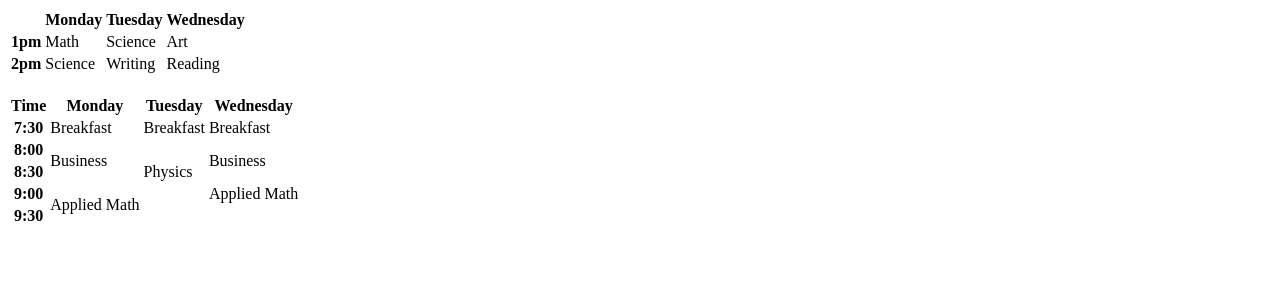
Repository: jefflai0412/website_design
Page: task1.html
These files come from the project's save history. The page is drawn as it stood at one moment and after the next save; the edit follows.
The browser window is 1280 px wide. The pictures show the whole page.

Above is the page before, as saved 2024-10-18 13:42:16.

### task1.html
<!DOCTYPE html>
<html lang="en">
<head>
    <meta charset="UTF-8">
    <meta name="viewport" content="width=device-width, initial-scale=1.0">
    <title>Document</title>
</head>
<body>
    <table>
        <tr>
            <th></th>
            <th>Monday</th>
            <th>Tuesday</th>
            <th>Wednesday</th>
        </tr>

        <tr>
            <th scope="row">1pm</th>
            <td>Math</td>
            <td>Science</td>
            <td>Art</td>
        </tr>

        <tr>
            <th scope="row">2pm</th>
            <td>Science</td>
            <td>Writing</td>
            <td>Reading</td>
        </tr>
    </table>

    <br>

    <table>
        <tr>
            <th>Time</th>
            <th>Monday</th>
            <th>Tuesday</th>
            <th>Wednesday</th>
        </tr>
        <tr>
            <th scope="row">7:30</th>
            <td>Breakfast</td>
            <td>Breakfast</td>
            <td>Breakfast</td>
        </tr>
        <tr>
            <th scope="row">8:00</th>
            <td rowspan="2">Business</td>
            <td rowspan="3">Physics</td>
            <td rowspan="2">Business</td>
        </tr>
        <tr>
            <th scope="row">8:30</th>
            <td></td>
        </tr>
        <tr>
            <th scope="row">9:00</th>
            <td rowspan="2">Applied Math</td>
            <td>Applied Math</td>
        </tr>

        <tr>
            <th scope="row">9:30</th>
            <td></td>
        </tr>
    </table>
</body>
</html>

After the next save:
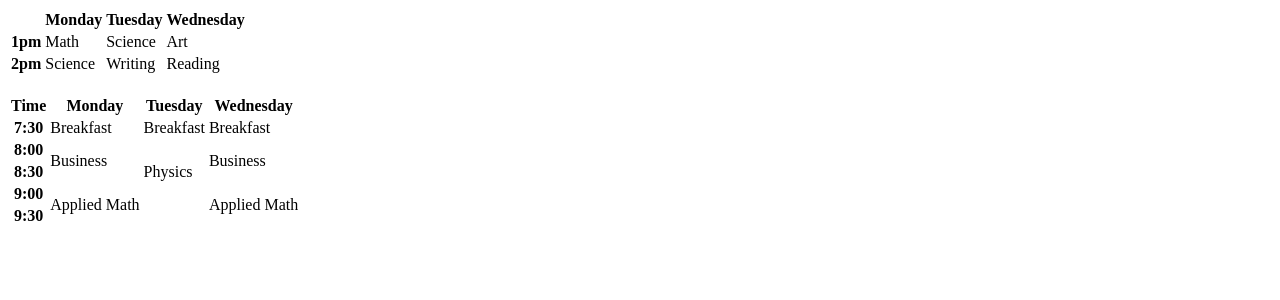
Saved 9 s later.
--- a/task1.html
+++ b/task1.html
@@ -57,7 +57,7 @@
         <tr>
             <th scope="row">9:00</th>
             <td rowspan="2">Applied Math</td>
-            <td>Applied Math</td>
+            <td rowspan="2">Applied Math</td>
         </tr>
 
         <tr>
